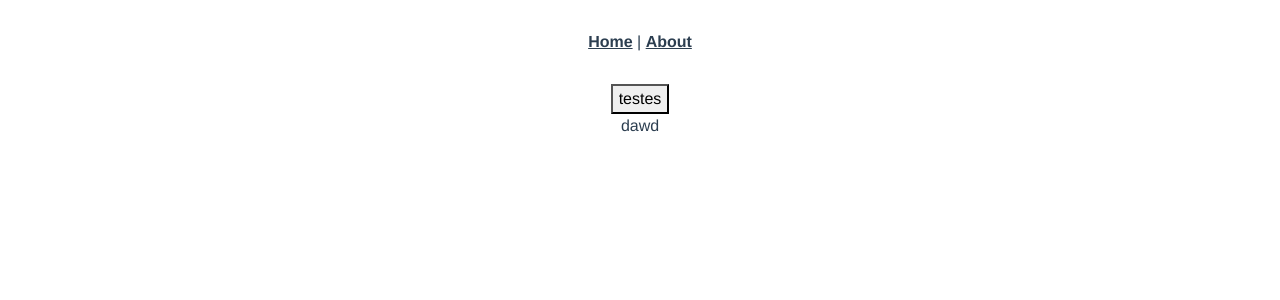
Repository: caiomitsuo/ContactsVueJs
Page: /lista
These files come from the project's save history. The page is drawn as it stood at one moment and after a run of saves; the edit follows.
The browser window is 1280 px wide. The pictures show the whole page.
The page's requests for data from a server got no answer. The project was rebuilt for these pictures with package versions that can differ from the ones it lists, and the page was loaded fresh each time. No one was signed in, and anything a server would have sent is missing. Also part of the build but not shown: vue.config.js, src/components/HelloWorld.vue, src/views/HomeView.vue.

Above is the page before, as saved 2022-04-30 12:24:54.

### src/main.js
import Vue from 'vue'
import App from './App.vue'
import router from './router'
import store from './store'
import { BootstrapVue, IconsPlugin } from 'bootstrap-vue'
import './plugins/axios'

// Import Bootstrap and BootstrapVue CSS files (order is important)
import 'bootstrap/dist/css/bootstrap.css'
import 'bootstrap-vue/dist/bootstrap-vue.css'

// Make BootstrapVue available throughout your project
Vue.use(BootstrapVue)
// Optionally install the BootstrapVue icon components plugin
Vue.use(IconsPlugin)

Vue.config.productionTip = false

new Vue({
  router,
  store,
  render: h => h(App)
}).$mount('#app')

### src/App.vue
<template>
  <div id="app">
    <nav>
      <router-link to="/">Home</router-link> |
      <router-link to="/about">About</router-link>
    </nav>
    <router-view/>
  </div>
</template>
<script>
export default ({
  created() {
    this.$http.get('/ping').then((response) => {
      console.log(response)
    })
  },
})
</script>
<style>
#app {
  font-family: Avenir, Helvetica, Arial, sans-serif;
  -webkit-font-smoothing: antialiased;
  -moz-osx-font-smoothing: grayscale;
  text-align: center;
  color: #2c3e50;
}

nav {
  padding: 30px;
}

nav a {
  font-weight: bold;
  color: #2c3e50;
}

nav a.router-link-exact-active {
  color: #42b983;
}
</style>

### src/router/index.js
import Vue from 'vue'
import VueRouter from 'vue-router'
import HomeView from '../views/HomeView.vue'
import ListView from '../views/ListView.vue'
Vue.use(VueRouter)

const routes = [
  {
    path: '/',
    name: 'home',
    component: HomeView
  },
  {
    path: '/about',
    name: 'about',
    // route level code-splitting
    // this generates a separate chunk (about.[hash].js) for this route
    // which is lazy-loaded when the route is visited.
    component: () => import(/* webpackChunkName: "about" */ '../views/AboutView.vue')
  },
  {
    path: '/lista',
    name: 'lista',
    component:ListView
  }
]

const router = new VueRouter({
  mode: 'history',
  base: process.env.BASE_URL,
  routes
})

export default router

### src/plugins/axios.js
import Vue from 'vue'
import axios from 'axios'

axios.defaults.baseURL = 'http://127.0.0.1:8000/api/'

Vue.use({
    install(Vue){
        Vue.prototype.$http = axios
    }
})

### src/views/ListView.vue
<template>
  <div>
    <button>testes</button>
    <div>
        dawd
    </div>
  </div>
</template>

<script>
export default {};
</script>

<style lang="scss" scoped>
</style>

Loaded but not shown: public/index.html (common file); src/store/index.js (common file)

After the next 2 saves:
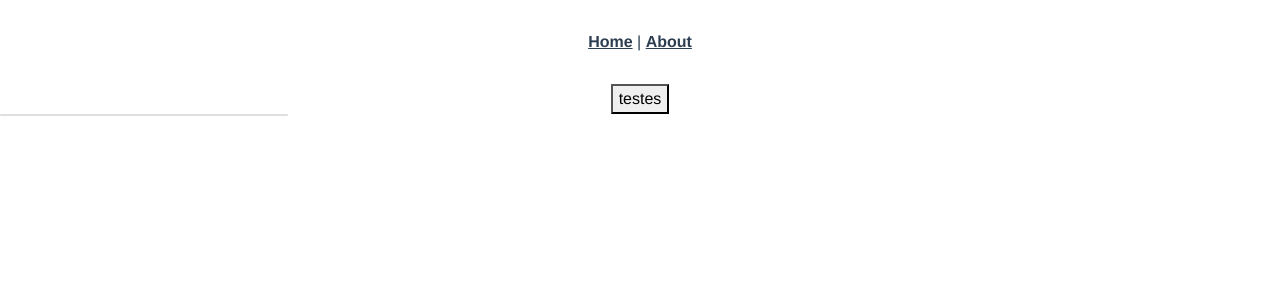
The 2 saves are shown as one change because they came seconds apart.
The last was saved 8 s later.
--- a/src/views/ListView.vue
+++ b/src/views/ListView.vue
@@ -1,8 +1,7 @@
 <template>
   <div>
     <button>testes</button>
-    <div>
-        dawd
+    <div class="card" style="width: 18rem;">
     </div>
   </div>
 </template>
